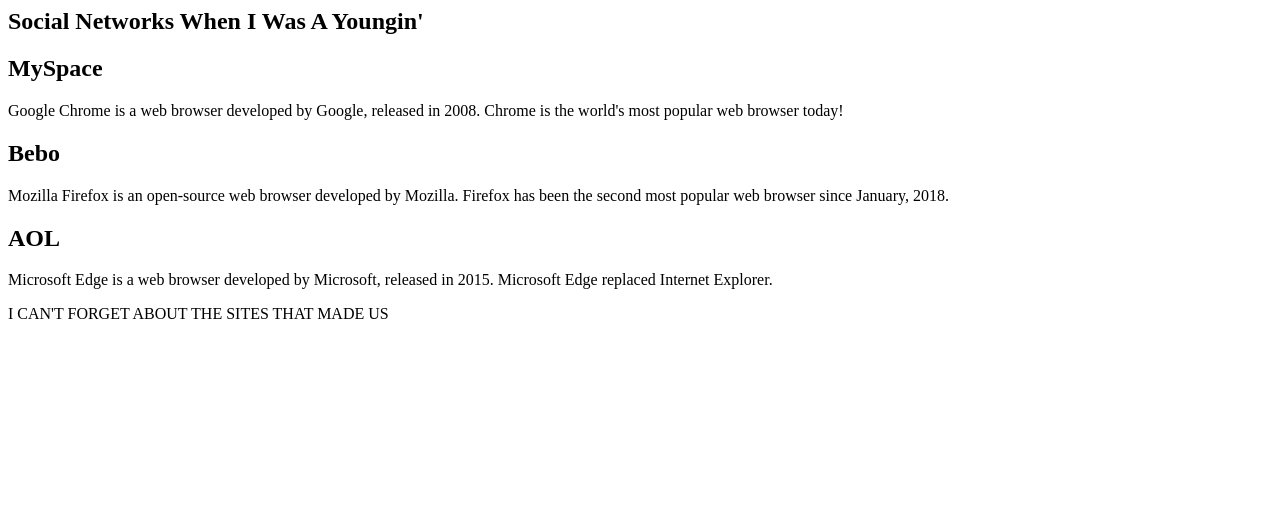
Repository: AndrewGrantt/LC101
Page: LC101/js-assignment-4-html-me-something-buffylow/index.html
The author's editor kept a copy of each file at every save. The page is drawn from the files as they stood at one save, then again after the next save.
The browser window is 1280 px wide. The pictures show the whole page.

Above is the page before, as saved 2022-07-15 02:40:29.

### LC101/js-assignment-4-html-me-something-buffylow/index.html
<html>
<head>
<title>SOCIAL NETWORKS FOR THE AGES</title>
</head>
<body>

<article class="all-sites">
  <h1>Social Networks When I Was A Youngin'</h1>
  <article class="sites">
    <h2>MySpace</h2>
    <p>Google Chrome is a web browser developed by Google, released in 2008. Chrome is the world's most popular web browser today!</p>
  </article>
  <article class="sites">
    <h2>Bebo</h2>
    <p>Mozilla Firefox is an open-source web browser developed by Mozilla. Firefox has been the second most popular web browser since January, 2018.</p>
  </article>
  <article class="sites">
    <h2>AOL</h2>
    <p>Microsoft Edge is a web browser developed by Microsoft, released in 2015. Microsoft Edge replaced Internet Explorer.</p>
  </article>
</article>
<footer>
   I CAN'T FORGET ABOUT THE SITES THAT MADE US
</footer>
</body>
</html>

After the next save:
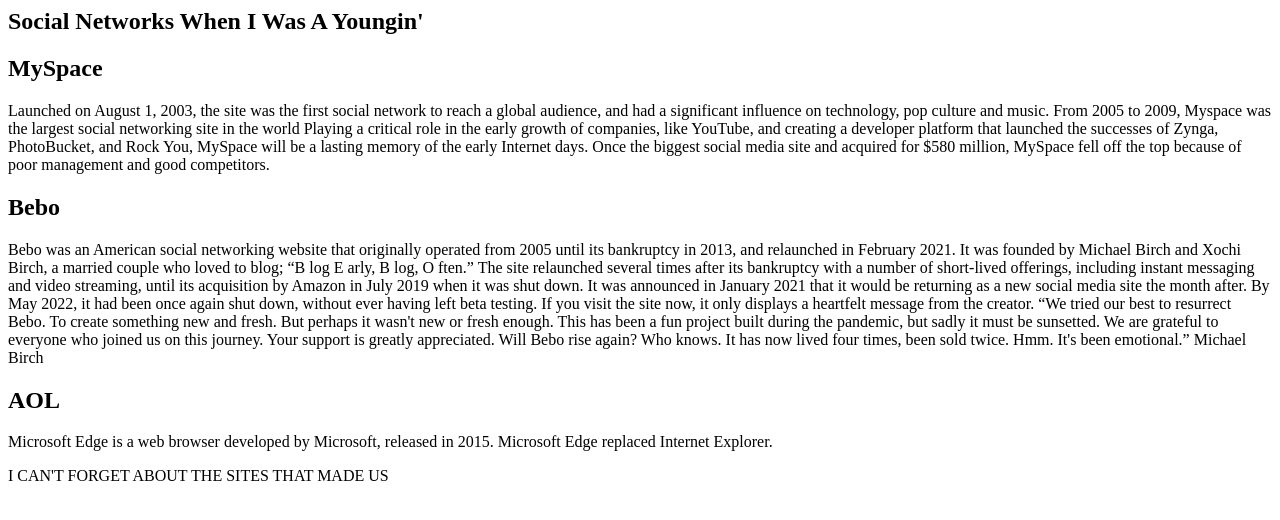
Saved 32 min 21 s later.
--- a/LC101/js-assignment-4-html-me-something-buffylow/index.html
+++ b/LC101/js-assignment-4-html-me-something-buffylow/index.html
@@ -8,11 +8,33 @@
   <h1>Social Networks When I Was A Youngin'</h1>
   <article class="sites">
     <h2>MySpace</h2>
-    <p>Google Chrome is a web browser developed by Google, released in 2008. Chrome is the world's most popular web browser today!</p>
+    <p>
+      Launched on August 1, 2003, the site was the first social network to reach a global audience, and had a significant influence on technology, pop culture and music.
+      From 2005 to 2009, Myspace was the largest social networking site in the world
+     Playing a critical role in the early growth of companies, like YouTube, and creating a developer platform that launched the successes of Zynga, PhotoBucket, and Rock You, MySpace will be a lasting memory of the early Internet days.
+     Once the biggest social media site and acquired for $580 million, MySpace fell off the top because of poor management and good competitors.
+    </p>
+
   </article>
+
   <article class="sites">
     <h2>Bebo</h2>
-    <p>Mozilla Firefox is an open-source web browser developed by Mozilla. Firefox has been the second most popular web browser since January, 2018.</p>
+    <p>
+     Bebo was an American social networking website that originally operated from 2005 until its bankruptcy in 2013, and relaunched in February 2021. It was founded by Michael Birch and Xochi Birch, a married couple who loved to blog;
+      “B log E arly, B log, O ften.”
+      The site relaunched several times after its bankruptcy with a number of short-lived offerings, including instant messaging and video streaming, until its acquisition by Amazon in July 2019 when it was shut down. It was announced in January 2021 that it would be returning as a new social media site the month after. By May 2022, it had been once again shut down, without ever having left beta testing. If you visit the site now, it only displays a heartfelt message from the creator.
+
+
+      “We tried our best to resurrect Bebo.
+      To create something new and fresh.
+      But perhaps it wasn't new or fresh enough.
+      This has been a fun project built during the pandemic, but sadly it must be sunsetted. We are grateful to everyone who joined us on this journey. Your support is greatly appreciated.
+      Will Bebo rise again?
+      Who knows. It has now lived four times, been sold twice. Hmm.
+      It's been emotional.”
+
+      Michael Birch
+      </p>
   </article>
   <article class="sites">
     <h2>AOL</h2>
